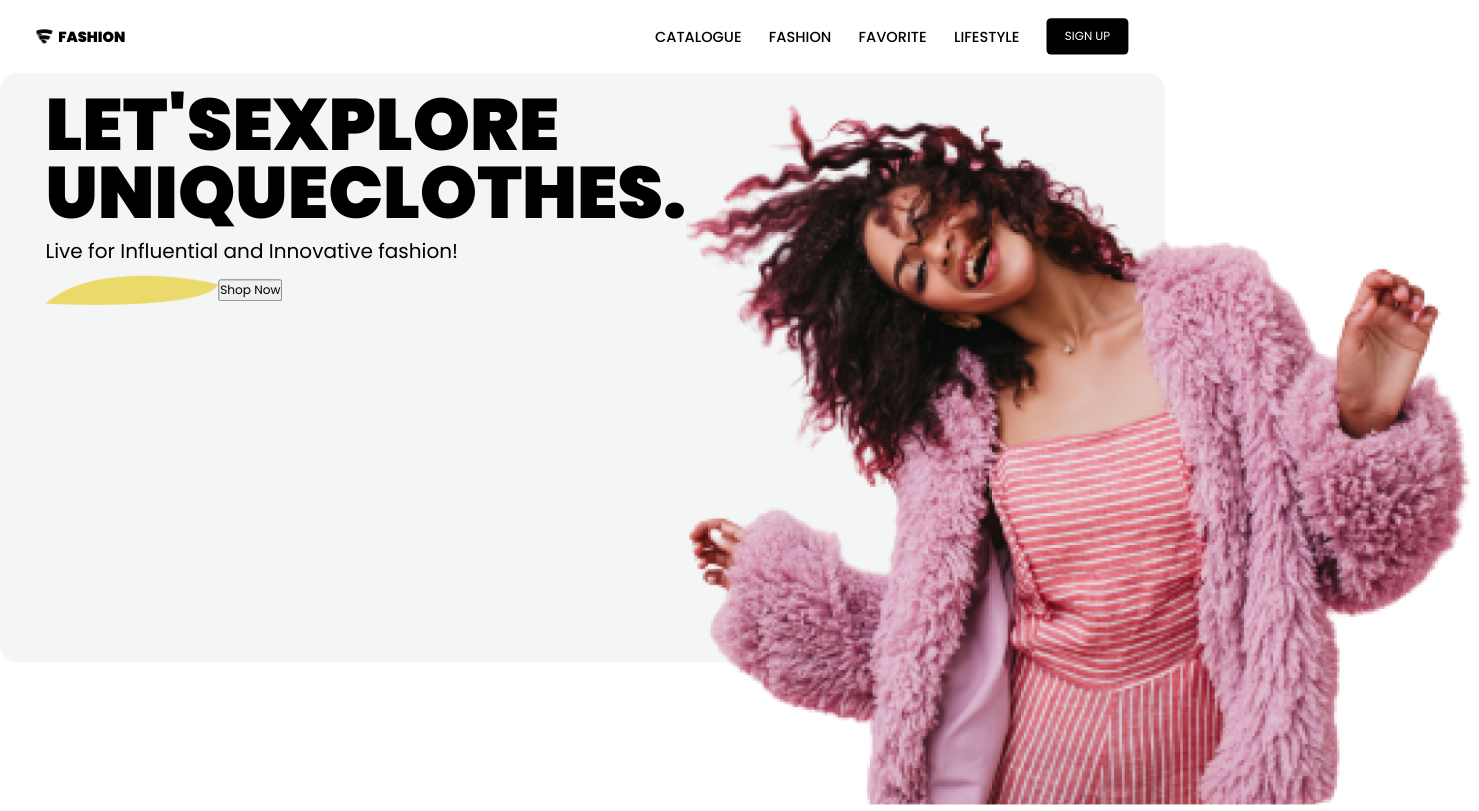
Repository: isaacCodes1/FashionSite
Page: index.html
These files come from the project's save history. The page is drawn as it stood at one moment and after a run of saves; the edit follows.
The browser window is 1280 px wide. The page is 1625 px wide, so the pictures cover 1625 px, including what lies to the right of the window. The pictures show the whole page, at 91% of full size.

Above is the page before, as saved 2024-03-11 15:48:01.

After the next 3 saves:
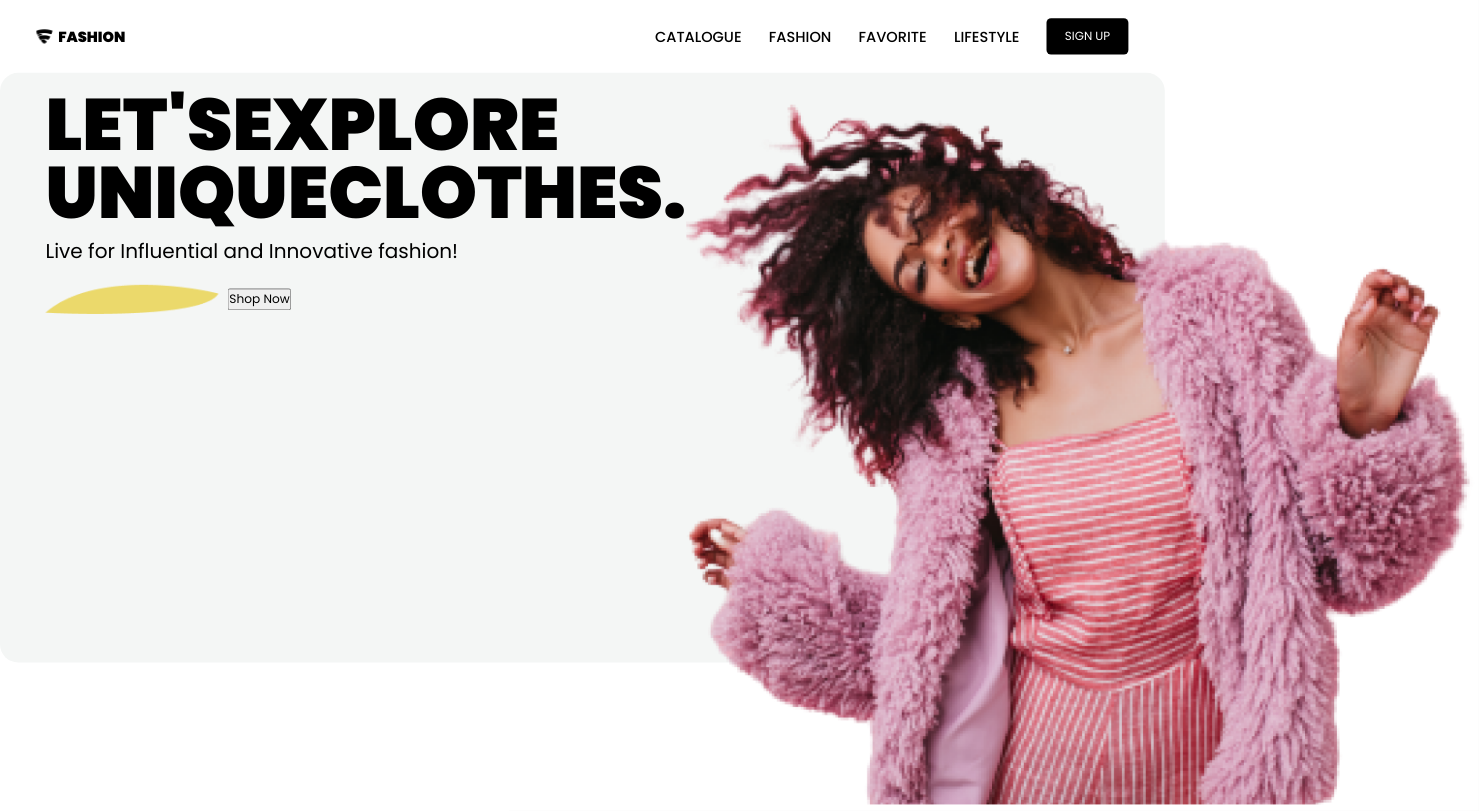
The 3 saves are shown as one change because they came seconds apart.
The last was saved 8 s later.
--- a/style.css
+++ b/style.css
@@ -88,5 +88,6 @@
     display: flex;
     align-items: center;
     width: 80%;
-    margi
+    margin-top: 10px;
+    gap: 10px;
 }
